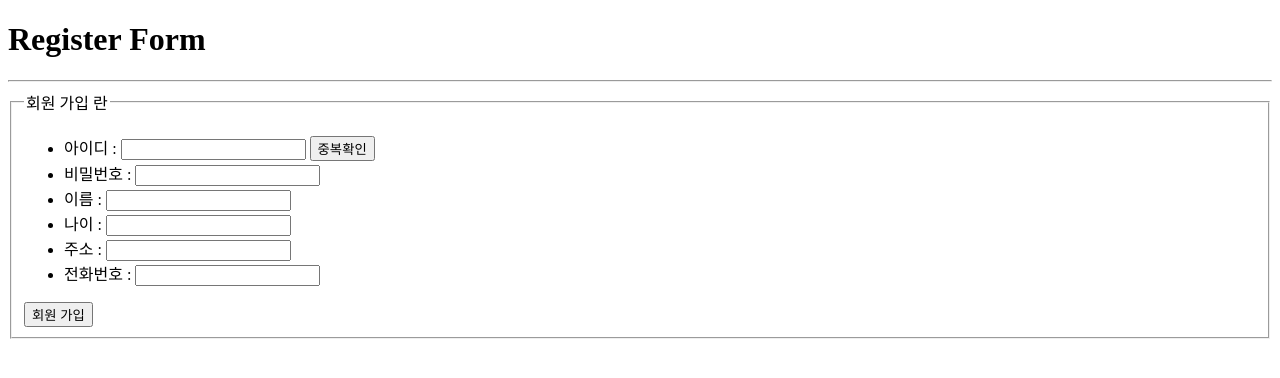
Repository: khy4701/JavaServerPage-Servlet
Page: http://localhost/05.JDBCProject/RegisterForm.jsp
These files come from the project's save history. The page is drawn as it stood at one moment and after the next save; the edit follows.
The browser window is 1280 px wide. The pictures show the whole page.
The page is served by Tomcat 9.

Above is the page before, as saved 2016-07-21 00:37:35.

After the next save:
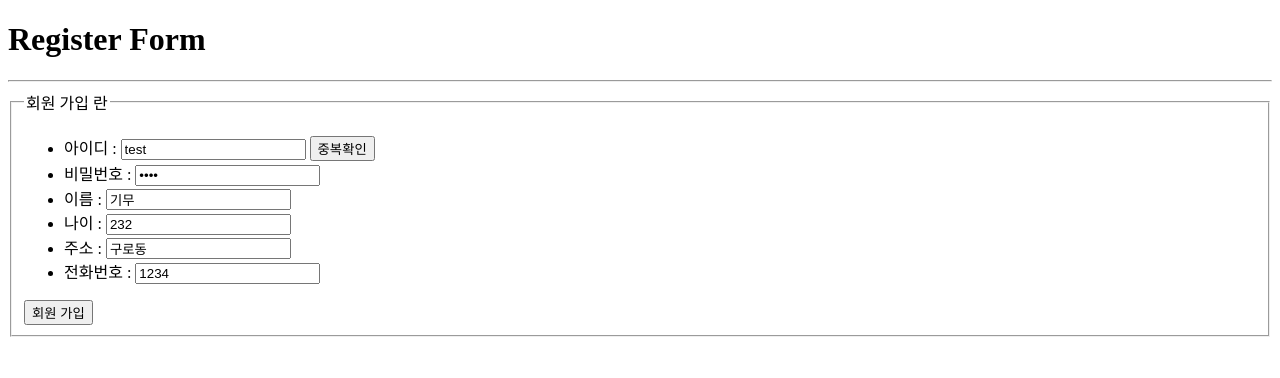
Saved 2 min 58 s later.
--- a/05.JDBCProject/WebContent/RegisterForm.jsp
+++ b/05.JDBCProject/WebContent/RegisterForm.jsp
@@ -17,13 +17,13 @@
 <legend> 회원 가입 란 </legend>
 
 <ul>
-<li> 아이디 : <input type ="text" name="id">
+<li> 아이디 : <input type ="text" name="id" value="test">
 <input type="button" value="중복확인">
-<li> 비밀번호 : <input type ="password" name="pw">
-<li> 이름 : <input type ="text" name="userName">
-<li> 나이 : <input type ="text" name="age">
-<li> 주소 : <input type ="text" name="address">
-<li> 전화번호 : <input type ="text" name="phoneNum">
+<li> 비밀번호 : <input type ="password" name="pw" value="1234">
+<li> 이름 : <input type ="text" name="userName" value="기무">
+<li> 나이 : <input type ="text" name="age" value="232">
+<li> 주소 : <input type ="text" name="address" value="구로동">
+<li> 전화번호 : <input type ="text" name="phoneNum" value="1234">
 </ul>
 <input type="submit" value="회원 가입">
 
